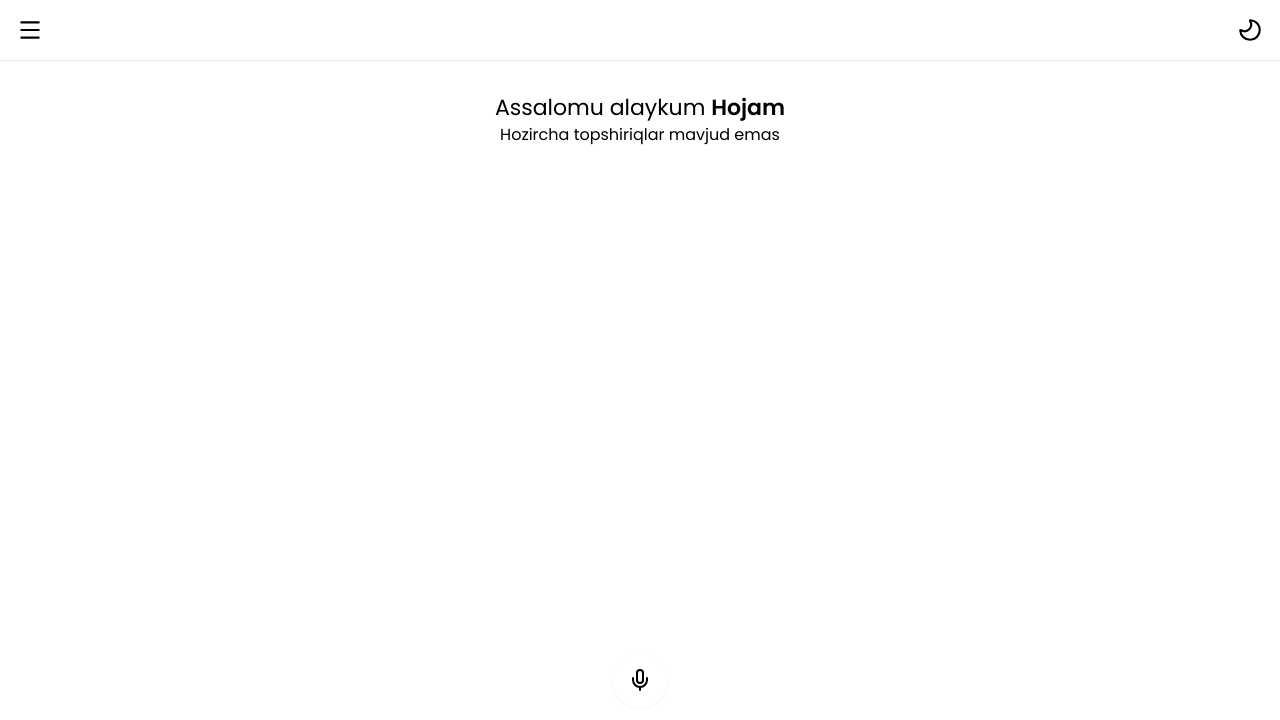
Repository: zaynobiddinovofficel-debug/KotibaAI
Page: / (app in web/)
An editor plug-in stored every save of this project. The page is shown before and after a run of saves, followed by the edit.
The browser window is 1280 px wide. The pictures show the whole page.
Some web fonts or font styles are not loaded; a fallback is used. The project was rebuilt for these pictures with package versions that can differ from the ones it lists, and the page was loaded fresh each time. Also part of the build but not shown: web/vite.config.js.

Above is the page before, as saved 2026-03-25 21:08:06.

After the next 2 saves:
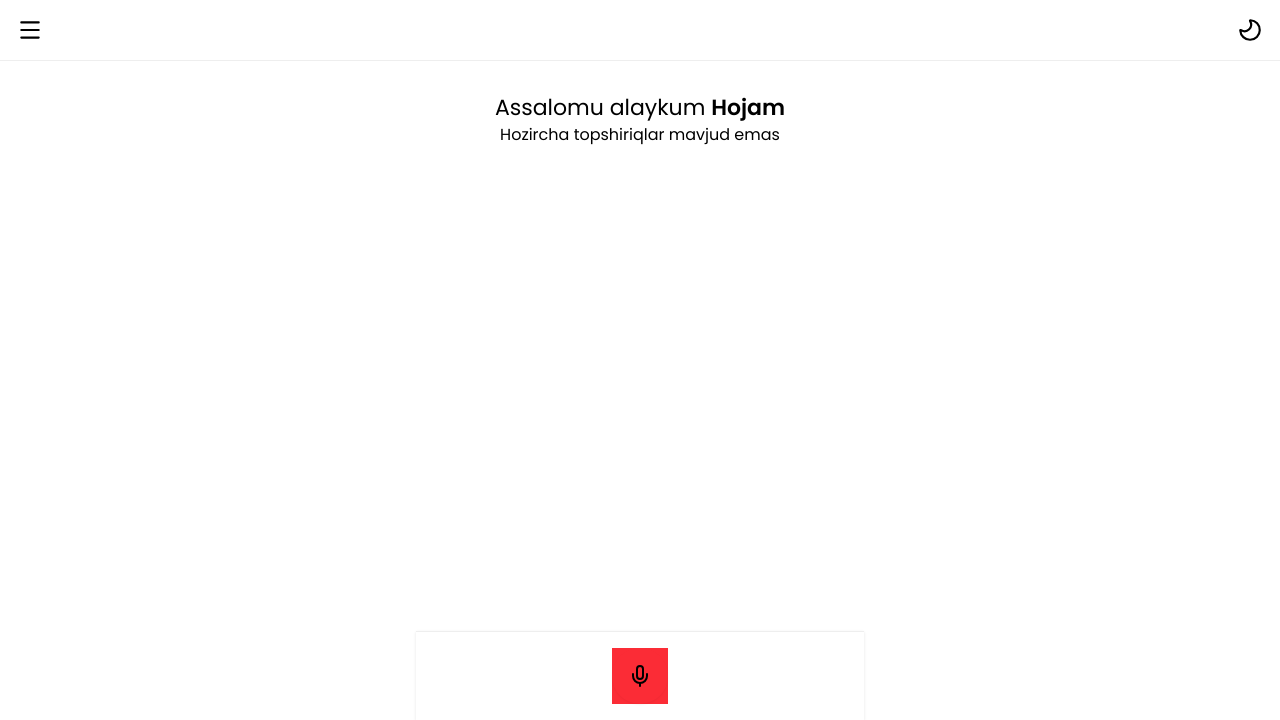
The 2 saves are shown as one change because they came seconds apart.
The last was saved 14 min 16 s later.
--- a/web/src/App.jsx
+++ b/web/src/App.jsx
@@ -4,6 +4,7 @@ import React from "react"
 export default function App() {
   const barCount = 24;
   const sttApiKey = import.meta.env.VITE_UZBEKVOICE_API_KEY;
+  const geminiApiKey = import.meta.env.VITE_GEMINI_API_KEY;
   const [tasks,setTasks] = React.useState(JSON.parse(localStorage.getItem("tasks")));
   const [username,setUsername] = React.useState(localStorage.getItem("username"));
   const [isLight,setIsLight] = React.useState(localStorage.getItem("theme")=="light");
@@ -13,6 +14,7 @@ export default function App() {
   const [isPreviewPlaying, setIsPreviewPlaying] = React.useState(false);
   const [isSubmitting, setIsSubmitting] = React.useState(false);
   const [transcript, setTranscript] = React.useState("");
+  const [geminiReply, setGeminiReply] = React.useState("");
   const [submitError, setSubmitError] = React.useState("");
   const [audioLevels, setAudioLevels] = React.useState(Array.from({ length: barCount }, () => 10));
   const mediaRecorderRef = React.useRef(null);
@@ -233,6 +235,7 @@ export default function App() {
       setIsSubmitting(true);
       setSubmitError("");
       setTranscript("");
+      setGeminiReply("");
 
       if (audioPreviewRef.current) {
         audioPreviewRef.current.pause();
@@ -264,7 +267,46 @@ export default function App() {
         throw new Error(data?.message || data?.detail || "STT so'rovida xatolik");
       }
 
-      setTranscript(data?.result?.text || "");
+      const recognizedText = data?.result?.text || "";
+      setTranscript(recognizedText);
+
+      if (!geminiApiKey) {
+        throw new Error("VITE_GEMINI_API_KEY envga qo'yilmagan");
+      }
+
+      const geminiResponse = await fetch(
+        `https://generativelanguage.googleapis.com/v1beta/models/gemini-2.0-flash:generateContent?key=${geminiApiKey}`,
+        {
+          method: "POST",
+          headers: {
+            "Content-Type": "application/json",
+          },
+          body: JSON.stringify({
+            contents: [
+              {
+                parts: [
+                  {
+                    text: `Siz Uzbek tilida ishlaydigan yordamchisiz. Foydalanuvchi nutqidan olingan matnni tahlil qiling, uning niyati va so'rovini qisqa aniqlang, keyin foydalanuvchiga foydali, aniq va qisqa javob yozing. Javobni faqat oddiy matn ko'rinishida qaytaring.\n\nNutq matni:\n${recognizedText}`,
+                  },
+                ],
+              },
+            ],
+          }),
+        }
+      );
+
+      const geminiData = await geminiResponse.json();
+
+      if (!geminiResponse.ok) {
+        throw new Error(
+          geminiData?.error?.message || "Gemini so'rovida xatolik"
+        );
+      }
+
+      const geminiText =
+        geminiData?.candidates?.[0]?.content?.parts?.map((part) => part.text).join("") || "";
+
+      setGeminiReply(geminiText);
       resetRecorder();
     } catch (error) {
       setSubmitError(error.message || "Audio yuborishda xatolik");
@@ -315,9 +357,12 @@ export default function App() {
     {transcript&&<div className="px-3 py-3 max-w-[1280px] w-full">
       <div className="text-sm">{transcript}</div>
     </div>}
+    {geminiReply&&<div className="px-3 py-3 max-w-[1280px] w-full">
+      <div className="text-sm">{geminiReply}</div>
+    </div>}
     {submitError&&<div className="px-3 py-2 max-w-[1280px] w-full text-sm text-red-600">{submitError}</div>}
-    <div className="px-3 py-3 max-w-[1280px] w-full flex flex-col items-center justify-center mt-auto">
-      <div className="flex w-full max-w-md flex-col items-center gap-4">
+    <div className="px-3 max-w-[1280px] w-full flex justify-center mt-auto">
+      <div className="flex w-full max-w-md flex-col items-center gap-4 border-t border-[#eee] bg-background/90 px-4 py-4 shadow-sm backdrop-blur-sm">
         {isRecording&&<div className="flex h-20 w-full items-end justify-center gap-1">
           {audioLevels.map((level, index) => (
             <div
@@ -337,7 +382,7 @@ export default function App() {
           }}
           className="hidden"
         />}
-      <div className="flex items-center gap-3">
+      <div className="flex items-center gap-3 bg-red-500" >
         {isRecording&&<Button variant="outline" size="icon" aria-label="Cancel" onClick={stopRecording}>
           <XIcon className="size-5" />
         </Button>}
@@ -354,7 +399,7 @@ export default function App() {
           variant="secondary"
           size="icon"
           aria-label={isPaused ? "Send" : "Pause"}
-          onClick={isPaused ? sendRecording : toggwlePause}
+          onClick={isPaused ? sendRecording : togglePause}
           disabled={isSubmitting}
         >
           {isPaused ? <SendIcon className="size-5" /> : <PauseIcon className="size-5 fill-current" />}
